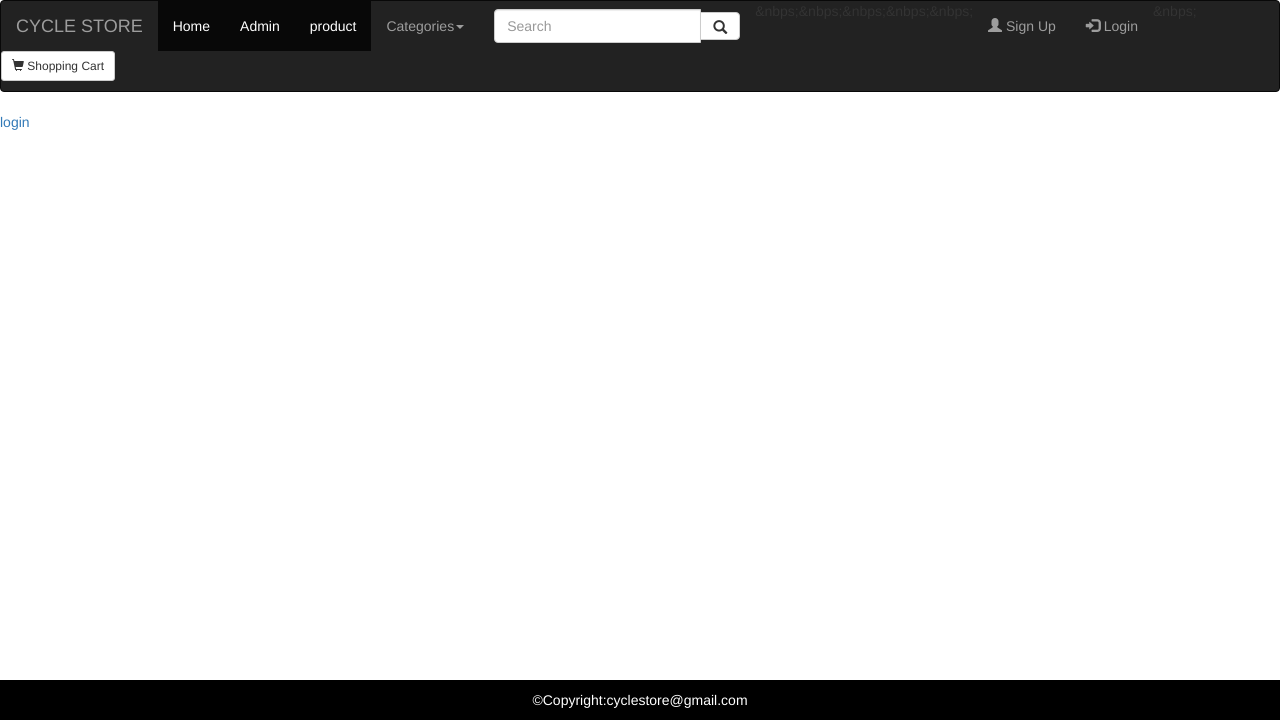
Repository: SumiyaSulaiman/project1
Page: http://localhost/cycle/login.jsp
The author's editor kept a copy of each file at every save. The page is drawn from the files as they stood at one save, then again after the next save.
The browser window is 1280 px wide. The pictures show the whole page.
Some web libraries are served in a nearby version. The page is served by Tomcat 9. Nobody is signed in. The application's start-up code is not run. Other server files are loaded and not shown.

Above is the page before, as saved 2017-12-20 17:45:27.

### project/cycle/src/main/webapp/login.jsp
<%@ page language="java" contentType="text/html; charset=ISO-8859-1"
    pageEncoding="ISO-8859-1"%>
<!DOCTYPE html PUBLIC "-//W3C//DTD HTML 4.01 Transitional//EN" "http://www.w3.org/TR/html4/loose.dtd">
<html>
<head>
<meta http-equiv="Content-Type" content="text/html; charset=ISO-8859-1">
<title>Insert title here</title>
</head>
<body>
<jsp:include page="header.jsp"></jsp:include>
<a href="#" data-toggle="modal" data-target="#login-modal">login</a>

<div class="modal fade" id="login-modal" tabindex="-1" role="dialog" aria-labelledby="myModalLabel" aria-hidden="true" style="display: none;">
    	  <div class="modal-dialog">
				<div class="loginmodal-container">
					<h1>Login to Your Account</h1><br>
				  <form>
					<input type="text" name="user" placeholder="Username">
					<input type="password" name="pass" placeholder="Password">
					<input type="submit" name="login" class="login loginmodal-submit" value="Login">
				  </form>

				  <div class="login-help">
					<a href="#">Register</a> - <a href="#">Forgot Password</a>
				  </div>
				</div>
			</div>
		  </div>
<jsp:include page="footer.jsp"></jsp:include>
</body>
</html>

### project/cycle/src/main/webapp/header.jsp
 <%@ page language="java" contentType="text/html; charset=ISO-8859-1"
    pageEncoding="ISO-8859-1"%>
<!DOCTYPE html PUBLIC "-//W3C//DTD HTML 4.01 Transitional//EN" "http://www.w3.org/TR/html4/loose.dtd">
<html>
<head>
<meta charset="utf-8">
  <meta http-equiv="X-UA-Compatible" content="IE=edge">
  <meta name="description" content="">
  <meta name="viewport" content="width=device-width, initial-scale=1">
  <link rel="stylesheet" href="https://maxcdn.bootstrapcdn.com/bootstrap/3.3.7/css/bootstrap.min.css">
  <script src="https://ajax.googleapis.com/ajax/libs/jquery/3.2.0/jquery.min.js"></script>
  <script src="https://maxcdn.bootstrapcdn.com/bootstrap/3.3.7/js/bootstrap.min.js"></script>

</head>
<body>

<nav class="navbar navbar-inverse" >

    <div class="navbar-header">
      <a class="navbar-brand" href="#">CYCLE STORE</a>
    </div>
    <ul class="nav navbar-nav">
      <li class="active"><a href="">Home</a></li>
      <li class="active"><a href="">Admin</a></li>
      <li class="active"><a href="">product</a></li>
      <li class="dropdown"><a class="dropdown-toggle" data-toggle="dropdown" href="Category">Categories<span class="caret"></span></a>
        <ul class="dropdown-menu">
          <li>baby </li>
          <li>women</li>
          <li>men</li>
          <li>
          <%--  <c:forEach items="${clist }" var="c">
          <li><a href="#">${c.catName}</a></li>
          </c:forEach> --%>
        </ul>
      </li>


    <form class="navbar-form navbar-left">
      <div class="input-group">
        <input type="text" class="form-control" placeholder="Search">
        <div class="input-group-btn">
          <button class="btn btn-default" type="submit">
            <i class="glyphicon glyphicon-search"></i>
          </button>
        </div>
      </div>
    </form>


      <li>&nbps;&nbps;&nbps;&nbps;&nbps;</li>
      <li><a href="registration.jsp"><span class="glyphicon glyphicon-user"></span> Sign Up</a></li>
      <li> <a href="login.jsp"><span class="glyphicon glyphicon-log-in"></span> Login</a></li>
      <li>&nbps;</li>
    </ul>
       <p></p>
       <p>
        <button type="button" class="btn btn-default btn-sm">
          <span class="glyphicon glyphicon-shopping-cart"></span> Shopping Cart
        </button>
      </p>

</nav>

<style>
#ntext{
 color: #000000;
  }
</style>

</body>
</html>

### project/cycle/src/main/webapp/footer.jsp
<%@ page language="java" contentType="text/html; charset=ISO-8859-1"
    pageEncoding="ISO-8859-1"%>
<!DOCTYPE html PUBLIC "-//W3C//DTD HTML 4.01 Transitional//EN" "http://www.w3.org/TR/html4/loose.dtd">
<html>
<head>
<meta http-equiv="Content-Type" content="text/html; charset=ISO-8859-1">
<title>Insert title here</title>
</head>
<body>

<style>
.footer {
    position: fixed;
    left: 0;
    bottom: 0;
    width: 100%;
    background-color: black;
    color: white;
    text-align: center;
}
</style>

<div class="footer">
	<p></p>
  <p>©Copyright:cyclestore@gmail.com</p>
</div>

</body>
</html>

After the next save:
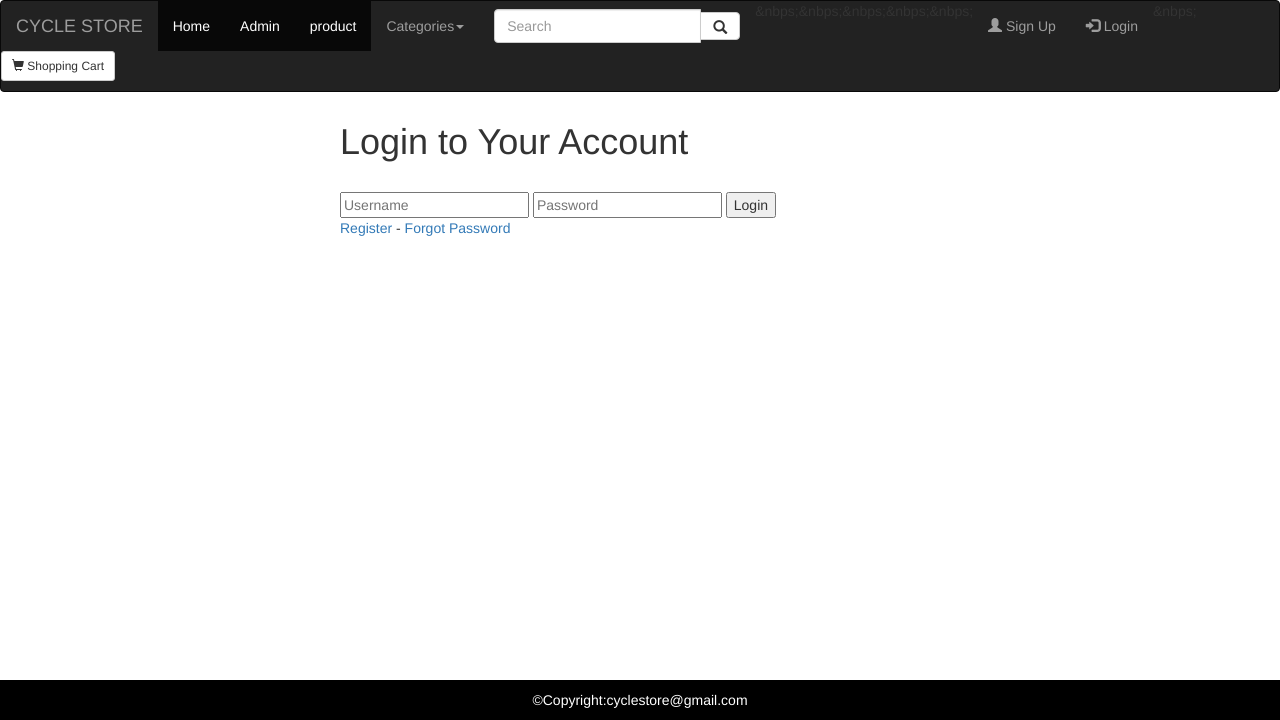
Saved 91 s later.
--- a/project/cycle/src/main/webapp/login.jsp
+++ b/project/cycle/src/main/webapp/login.jsp
@@ -8,9 +8,9 @@
 </head>
 <body>
 <jsp:include page="header.jsp"></jsp:include>
-<a href="#" data-toggle="modal" data-target="#login-modal">login</a>
+<!-- <a href="#" data-toggle="modal" data-target="#login-modal">Login</a>
 
-<div class="modal fade" id="login-modal" tabindex="-1" role="dialog" aria-labelledby="myModalLabel" aria-hidden="true" style="display: none;">
+<div class="modal fade" id="login-modal" tabindex="-1" role="dialog" aria-labelledby="myModalLabel" aria-hidden="true" style="display: none;"> -->
     	  <div class="modal-dialog">
 				<div class="loginmodal-container">
 					<h1>Login to Your Account</h1><br>
@@ -25,7 +25,7 @@
 				  </div>
 				</div>
 			</div>
-		  </div>
+
 <jsp:include page="footer.jsp"></jsp:include>
 </body>
 </html>

After the 3 saves that followed:
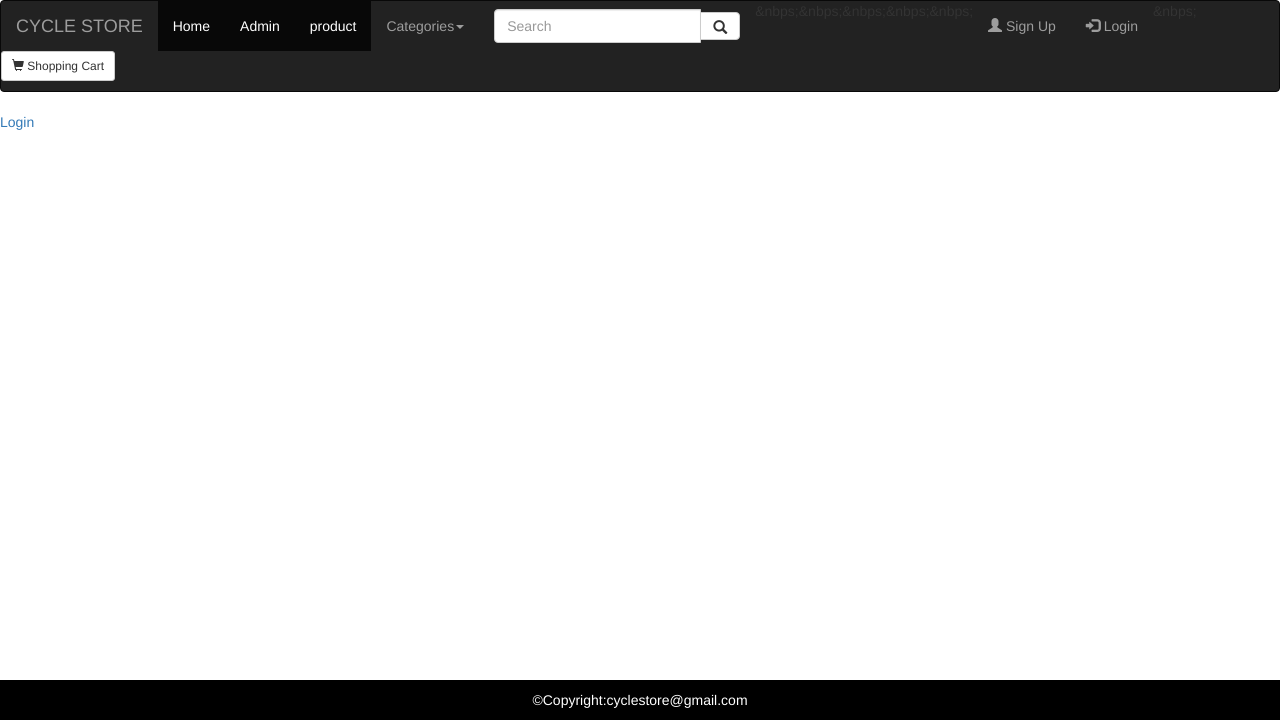
The 3 saves are shown as one change because 2 left the picture as it was.
The last was saved 8 min 36 s later.
--- a/project/cycle/src/main/webapp/login.jsp
+++ b/project/cycle/src/main/webapp/login.jsp
@@ -3,14 +3,21 @@
 <!DOCTYPE html PUBLIC "-//W3C//DTD HTML 4.01 Transitional//EN" "http://www.w3.org/TR/html4/loose.dtd">
 <html>
 <head>
-<meta http-equiv="Content-Type" content="text/html; charset=ISO-8859-1">
-<title>Insert title here</title>
+<meta charset="utf-8">
+  <meta http-equiv="X-UA-Compatible" content="IE=edge">
+  <meta name="description" content="">
+  <meta name="viewport" content="width=device-width, initial-scale=1">
+  <link rel="stylesheet" href="https://maxcdn.bootstrapcdn.com/bootstrap/3.3.7/css/bootstrap.min.css">
+  <script src="https://ajax.googleapis.com/ajax/libs/jquery/3.2.0/jquery.min.js"></script>
+  <script src="https://maxcdn.bootstrapcdn.com/bootstrap/3.3.7/js/bootstrap.min.js"></script>
+
 </head>
+
 <body>
 <jsp:include page="header.jsp"></jsp:include>
-<!-- <a href="#" data-toggle="modal" data-target="#login-modal">Login</a>
+<a href="#" data-toggle="modal" data-target="#login-modal">Login</a>
 
-<div class="modal fade" id="login-modal" tabindex="-1" role="dialog" aria-labelledby="myModalLabel" aria-hidden="true" style="display: none;"> -->
+<div class="modal fade" id="login-modal" tabindex="-1" role="dialog" aria-labelledby="myModalLabel" aria-hidden="true" style="display: none;">
     	  <div class="modal-dialog">
 				<div class="loginmodal-container">
 					<h1>Login to Your Account</h1><br>
@@ -25,7 +32,7 @@
 				  </div>
 				</div>
 			</div>
-
+		  </div>
 <jsp:include page="footer.jsp"></jsp:include>
 </body>
 </html>
